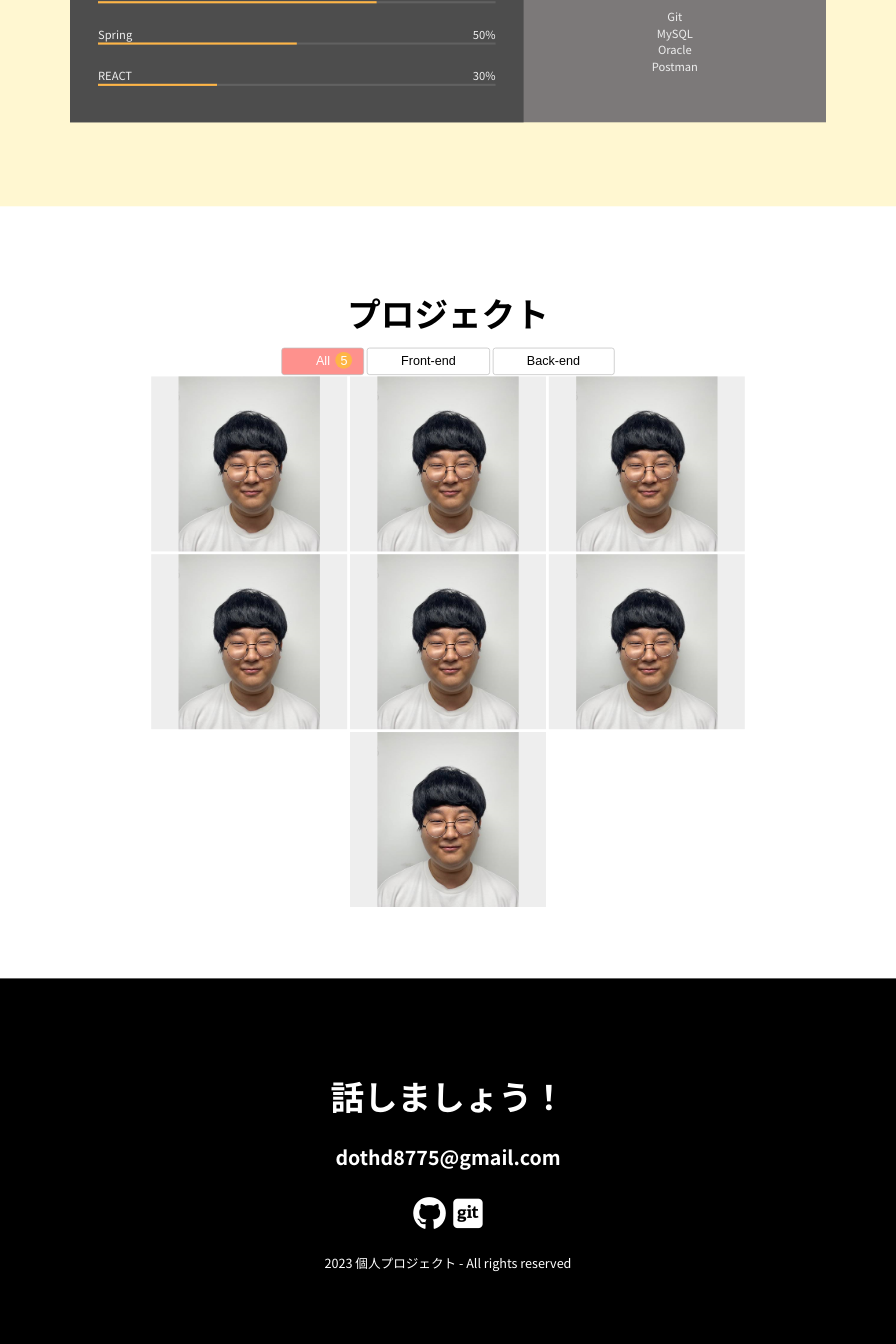
Repository: N1C0N1C0/website_introduction
Page: index.html
These files come from the project's save history. The page is drawn as it stood at one moment and after the next save; the edit follows.
The browser window is 1280 px wide. The pictures show the part of the page from y = 2114 to 4034 px (the page is 4034 px tall before and 3780 px after), at 70% of full size.
Some web libraries are served in a nearby version.

Above is the page before, as saved 2023-08-29 03:14:36.

After the next save:
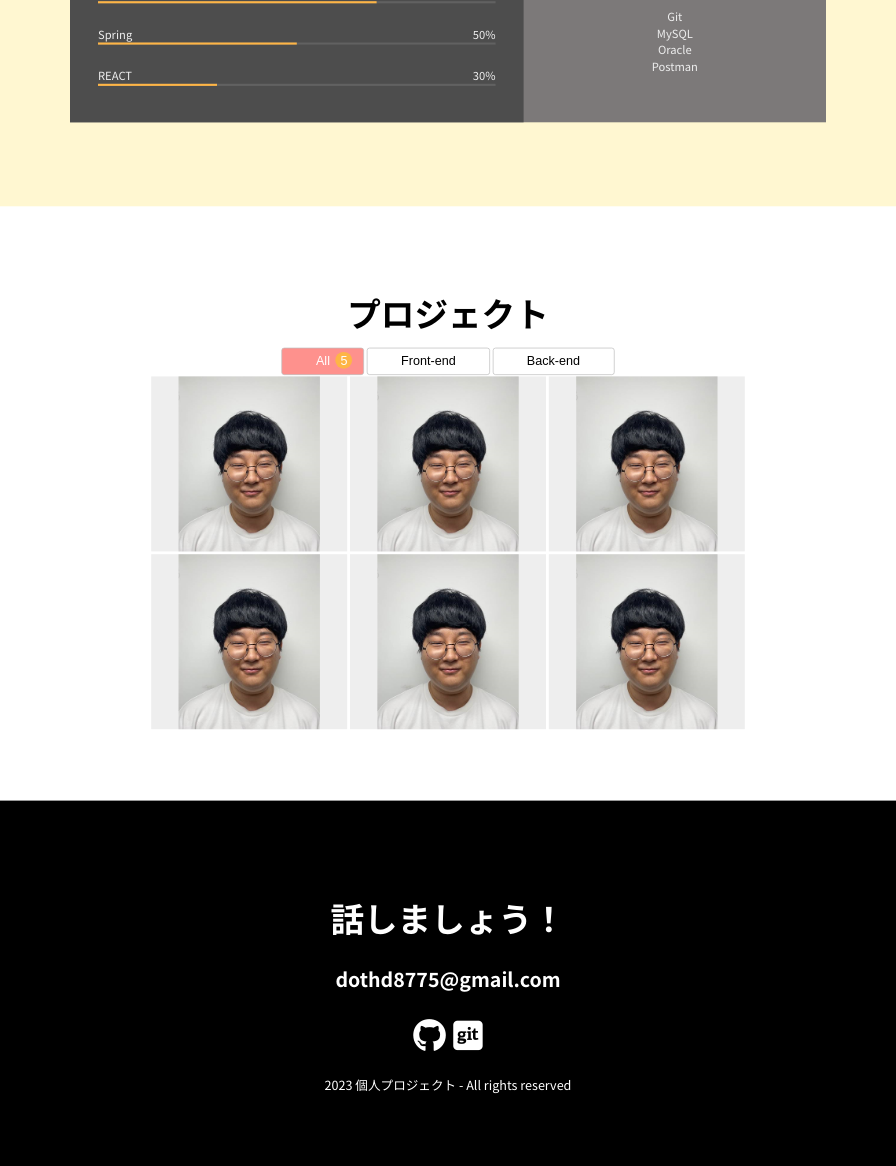
Saved 38 s later.
--- a/index.html
+++ b/index.html
@@ -294,22 +294,6 @@
             <span>Clone coding with HTML and CSS</span>
           </div>
         </a>
-        <a
-          href="https://www.youtube.com/@dream-coding"
-          class="project"
-          target="_blank"
-          data-type="back-end"
-        >
-          <img
-            src="imgs/projects/안종민.png"
-            alt="Anzang"
-            class="project__img"
-          />
-          <div class="project__description">
-            <h3>Youtube Site</h3>
-            <span>Clone coding with HTML and CSS</span>
-          </div>
-        </a>
       </div>
       </div>
     </section>
